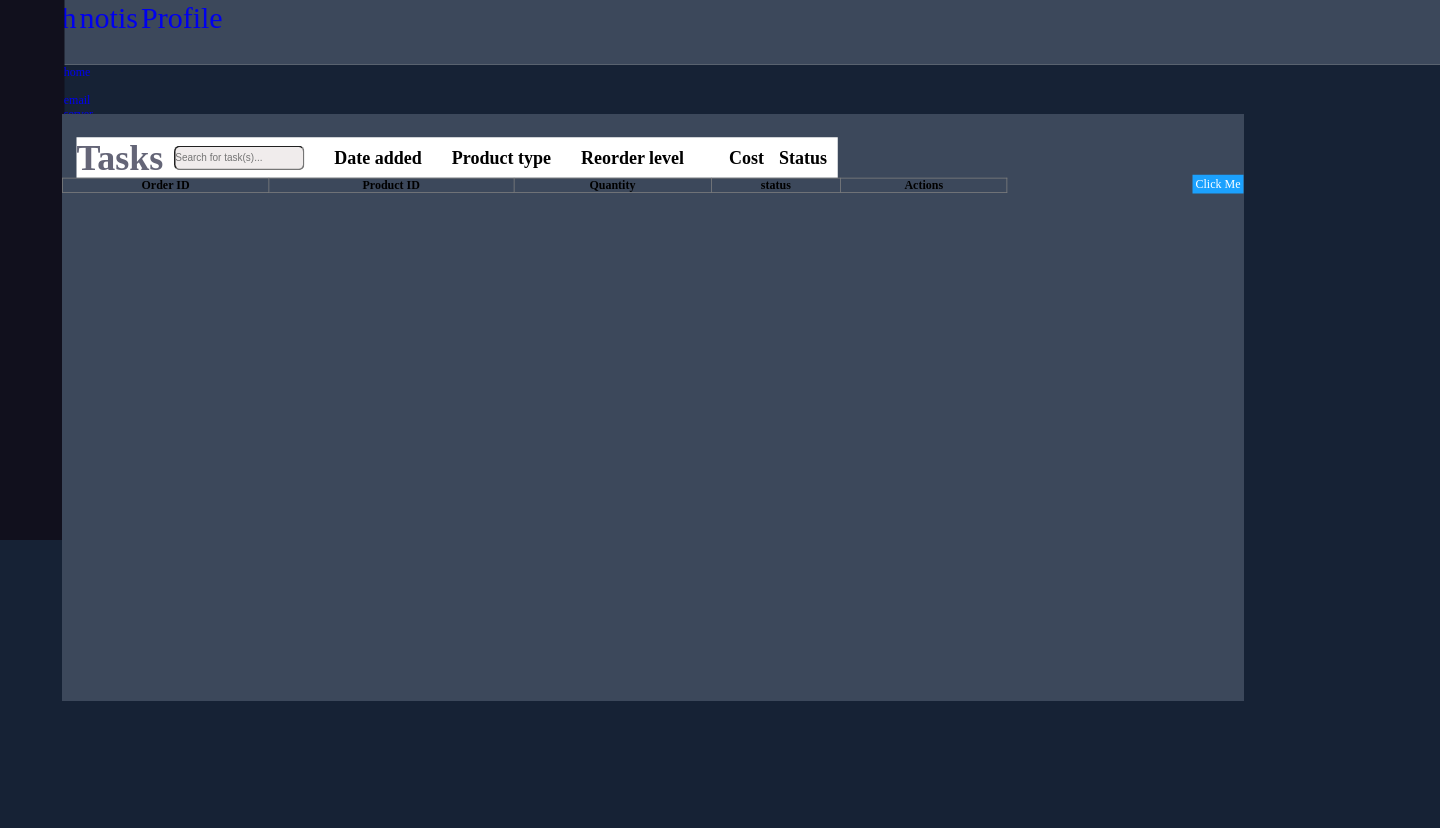
Repository: leystra019/nea
Page: http://localhost/neatest/scripts/php/staff/manageorder.php
An editor plug-in stored every save of this project. The page is shown before and after the next save, followed by the edit.
The browser window is 1280 px wide. The page is 1920 px wide, then 1280 px, then 1920 px, so the pictures cover 1920 px, including what lies to the right of the window. The pictures show the whole page, at 75% of full size.
The page is run by PHP 8.4 with error messages shown; the project is at /var/www/html/. Queries for data that is not in the repository find no rows.

Above is the page before, as saved 2023-02-16 21:58:53.

After the next save:
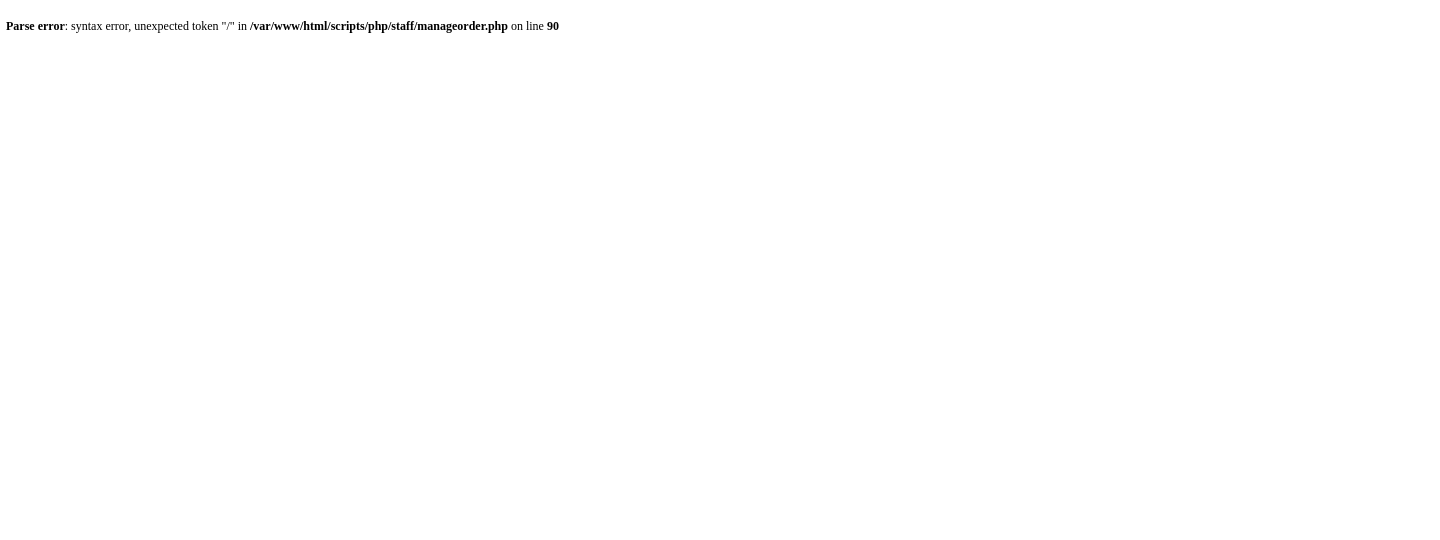
Saved 3 min 1 s later.
--- a/scripts/php/staff/manageorder.php
+++ b/scripts/php/staff/manageorder.php
@@ -86,6 +86,7 @@
                                             echo "<td>" . $row['product_id'] . "</td>";
                                             echo "<td>" . $row['quantity'] . "</td>";
                                             echo "<td>" . $row['status'] . "</td>";
+                                            echo "<td><a class='button'  id='changestatus'>Change status</a>
                                             echo "</tr>";
                                         }
                                     }

After the save that followed:
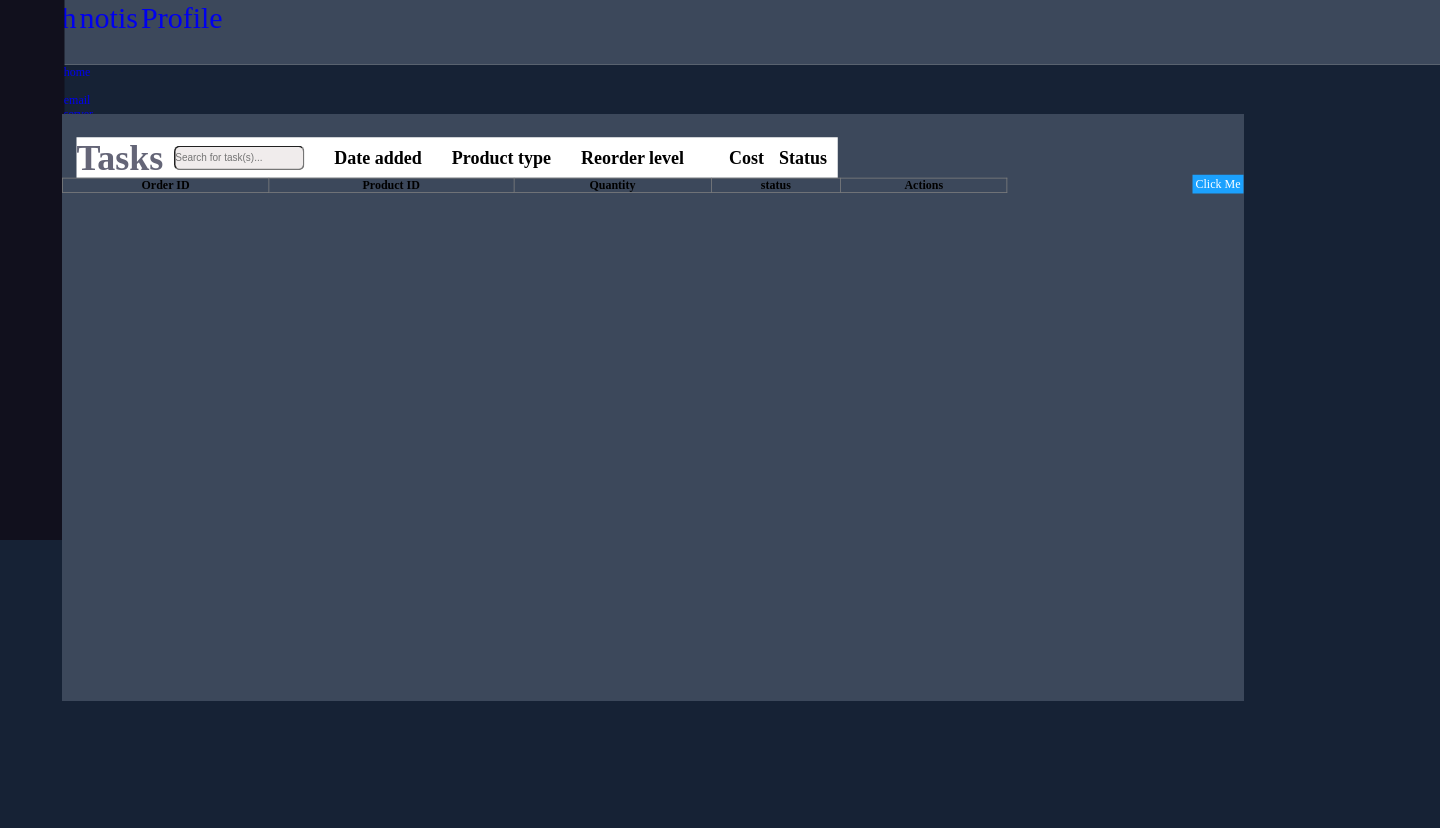
Saved 29 s later.
--- a/scripts/php/staff/manageorder.php
+++ b/scripts/php/staff/manageorder.php
@@ -86,7 +86,7 @@
                                             echo "<td>" . $row['product_id'] . "</td>";
                                             echo "<td>" . $row['quantity'] . "</td>";
                                             echo "<td>" . $row['status'] . "</td>";
-                                            echo "<td><a class='button'  id='changestatus'>Change status</a>
+                                            echo "<td><a class='button'  id='changestatus'>Change status</a></td>";
                                             echo "</tr>";
                                         }
                                     }
